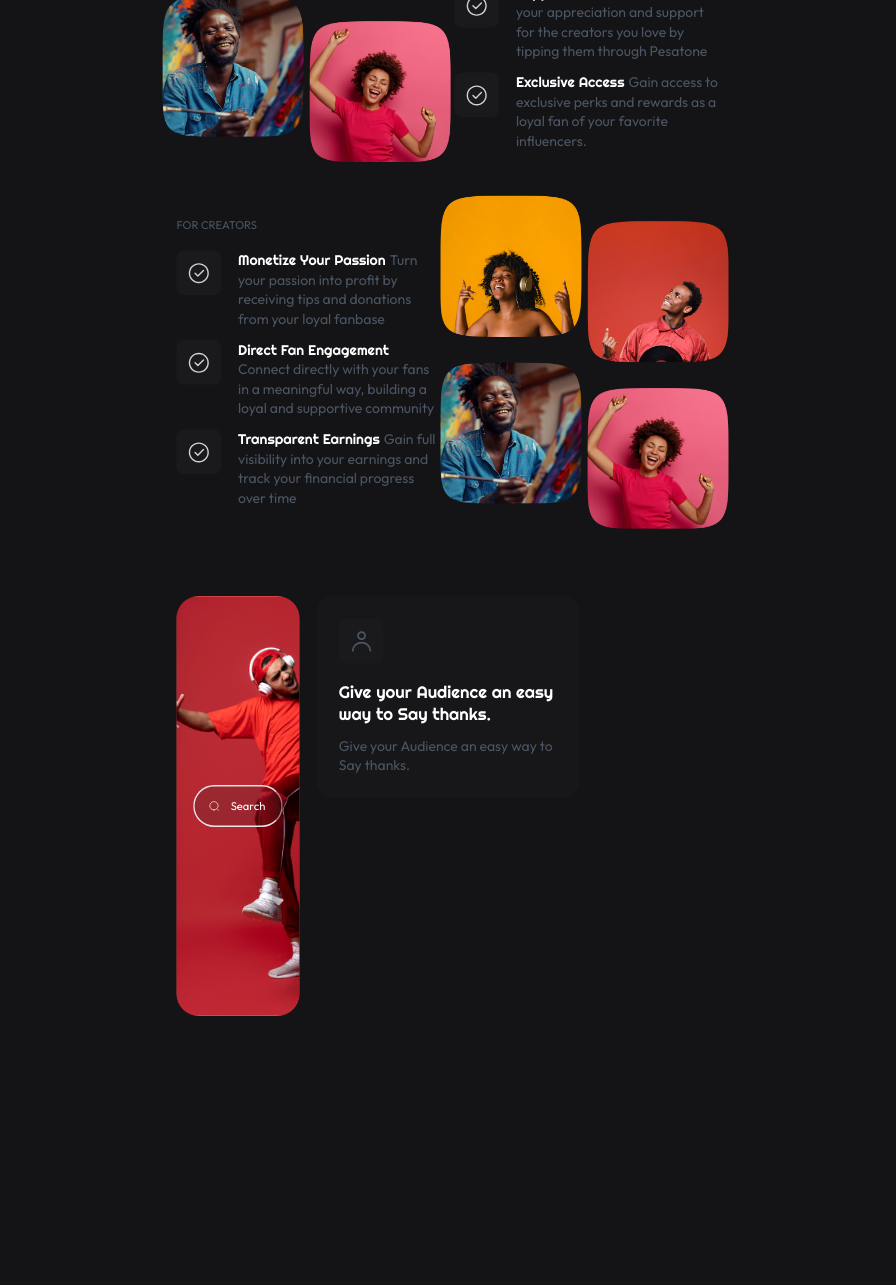
Repository: felixdusengimana/capstone-project-mirror
Page: / (app in frontend/)
An editor plug-in stored every save of this project. The page is shown before and after a run of saves, followed by the edit.
The browser window is 1280 px wide. The pictures show the part of the page from y = 2169 to 4089 px (the page is 4005 px tall before and 4089 px after), at 70% of full size.
The project was rebuilt for these pictures with package versions that can differ from the ones it lists, and the page was loaded fresh each time. The framework's server and built-in components were replaced by stand-ins that run in the browser. Also part of the build but not shown: frontend/next.config.mjs.

Above is the page before, as saved 2024-03-11 16:41:17.

After the next 2 saves:
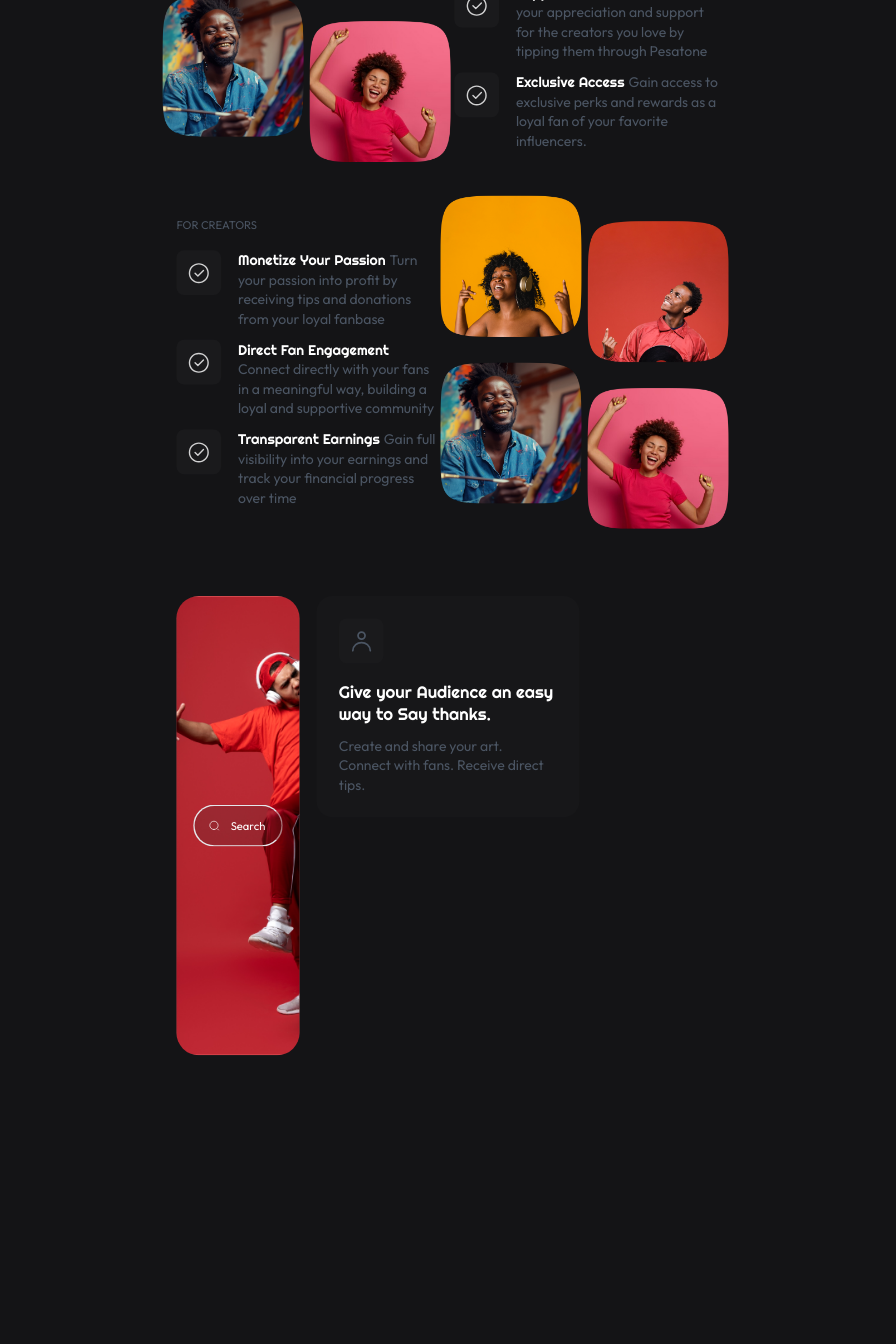
The 2 saves are shown as one change because they came seconds apart.
The last was saved 2 min 20 s later.
--- a/frontend/app/page.tsx
+++ b/frontend/app/page.tsx
@@ -157,7 +157,7 @@ export default function page() {
               icon="user"
               className="max-w-full"
             >
-              Give your Audience an easy way to Say thanks.
+              Create and share your art. Connect with fans. Receive direct tips.
             </Card>
           </div>
         </div>
